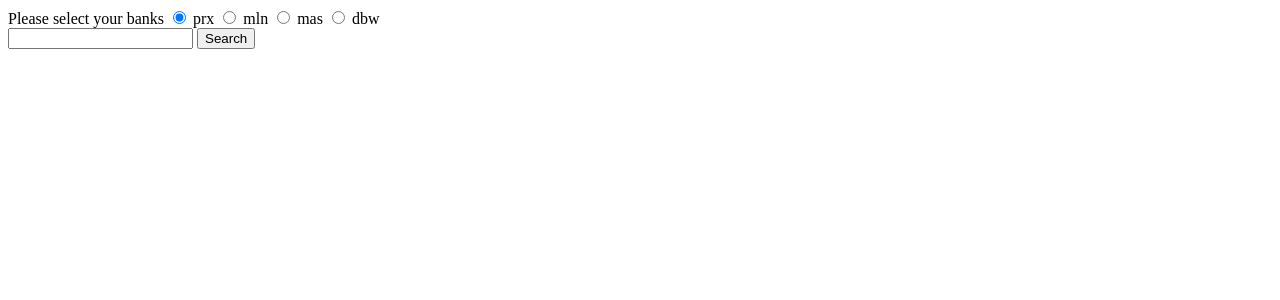
Repository: KingWisdomDEV/kingwisdomdev.github.io
Page: search-keys/index.html
The author's editor kept a copy of each file at every save. The page is drawn from the files as they stood at one save, then again after the next save.
The browser window is 1280 px wide. The pictures show the whole page.

Above is the page before, as saved 2022-03-27 11:30:12.

### search-keys/index.html
<!DOCTYPE html>
<html lang="en">

<head>
    <meta charset="UTF-8">
    <meta http-equiv="X-UA-Compatible" content="IE=edge">
    <meta name="viewport" content="width=device-width, initial-scale=1.0">
    <title>Search Keys | King Wisdom</title>
</head>

<body>
    <span>Please select your banks</span>
    <input type="radio" id="prx" checked name="bankName" value="prx">
    <label for="prx">prx</label>
    <input type="radio" id="mln" name="bankName" value="mln">
    <label for="mln">mln</label>
    <input type="radio" id="mas" name="bankName" value="mas">
    <label for="mas">mas</label>
    <input type="radio" id="dbw" name="bankName" value="dbw">
    <label for="dbw">dbw</label>
    <br>
    <input type="text" id="keywords" />
    <button id="btn-search">Search</button>

    <div id="result">

    </div>
    <script src="./script.js"></script>
</body>

</html>

Loaded but not shown: search-keys/script.js (no copy from this time; the picture is the same without it)

After the next save:
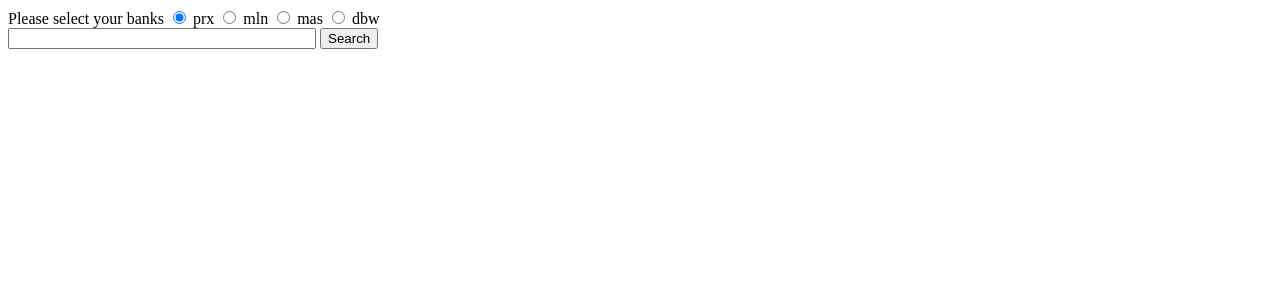
Saved 6 min 26 s later.
--- a/search-keys/index.html
+++ b/search-keys/index.html
@@ -19,7 +19,7 @@
     <input type="radio" id="dbw" name="bankName" value="dbw">
     <label for="dbw">dbw</label>
     <br>
-    <input type="text" id="keywords" />
+    <input type="text" id="keywords" style="width: 300px"/>
     <button id="btn-search">Search</button>
 
     <div id="result">
